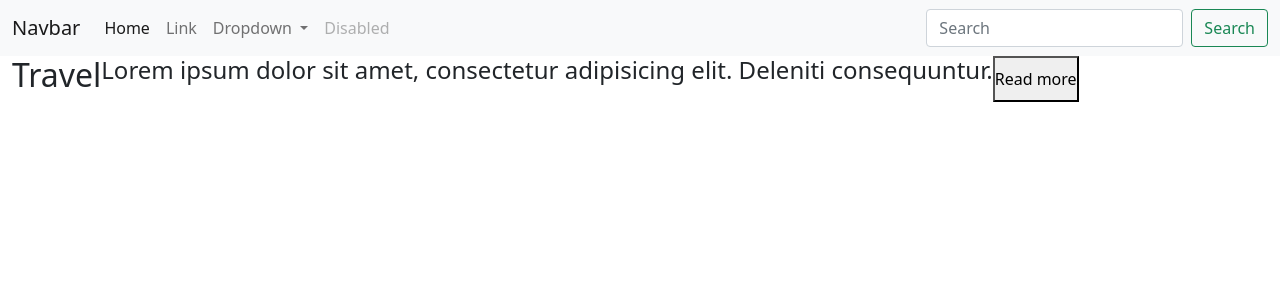
Repository: nptg3105/lab04-landing-page-boostrap5
Page: index.html
These files come from the project's save history. The page is drawn as it stood at one moment and after the next save; the edit follows.
The browser window is 1280 px wide. The pictures show the whole page.

Above is the page before, as saved 2021-12-19 06:38:25.

After the next save:
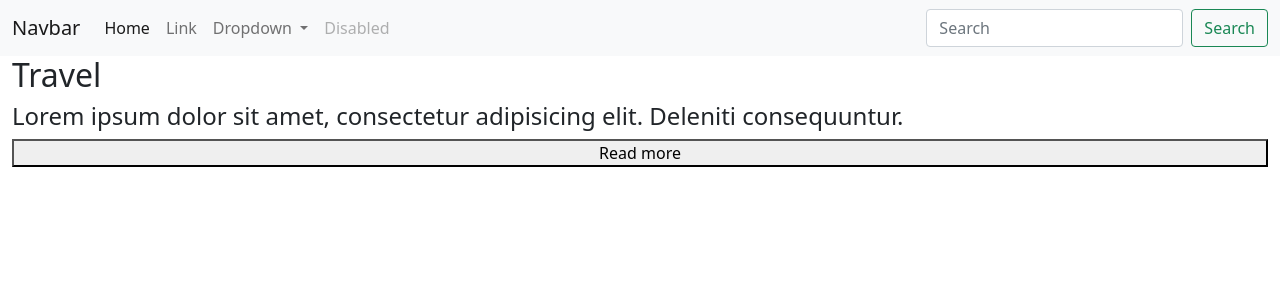
Saved 27 s later.
--- a/index.html
+++ b/index.html
@@ -76,7 +76,7 @@
         </div>
       </nav>
       <div class="hero">
-       <div class="container-fluid d-flex">
+       <div class="container-fluid d-flex flex-column">
          <h2>Travel</h2>
          <h4>Lorem ipsum dolor sit amet, consectetur adipisicing elit. Deleniti consequuntur.</h4>
          <button>Read more <i class="fa fa-book"></i></button>
